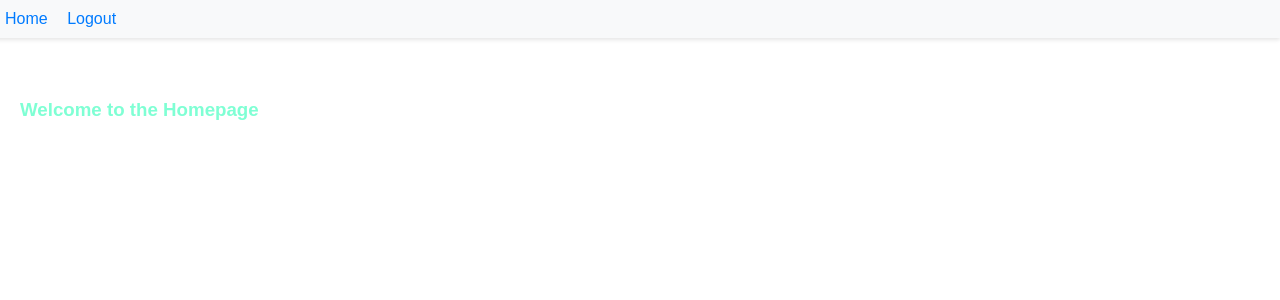
Repository: Faisal-Abdo/Savings_App_Django
Page: http://localhost/home/
The author's editor kept a copy of each file at every save. The page is drawn from the files as they stood at one save, then again after the next save.
The browser window is 1280 px wide. The pictures show the whole page.
The page is served by the project's application, run on Django 4.2 (manage.py).

Above is the page before, as saved 2024-07-24 23:59:03.

After the next save:
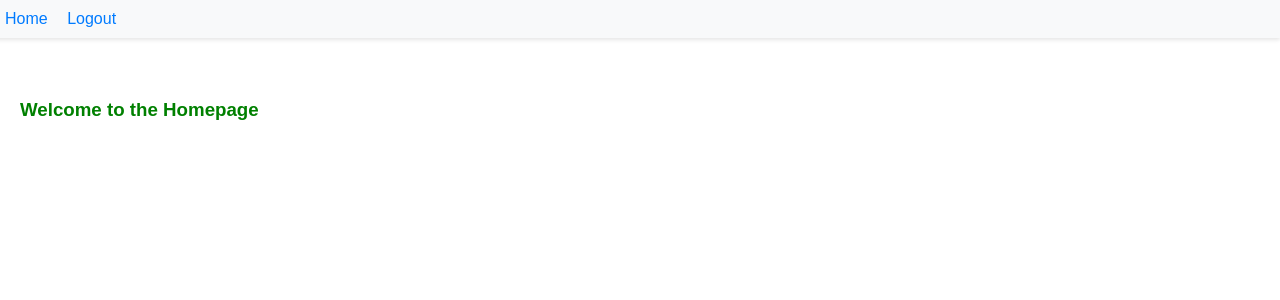
Saved 16 s later.
--- a/registration/templates/home.html
+++ b/registration/templates/home.html
@@ -33,7 +33,7 @@
             padding: 20px;
         }
         h3 {
-            color: aquamarine;
+            color: green;
         }
     </style>
 </head>
